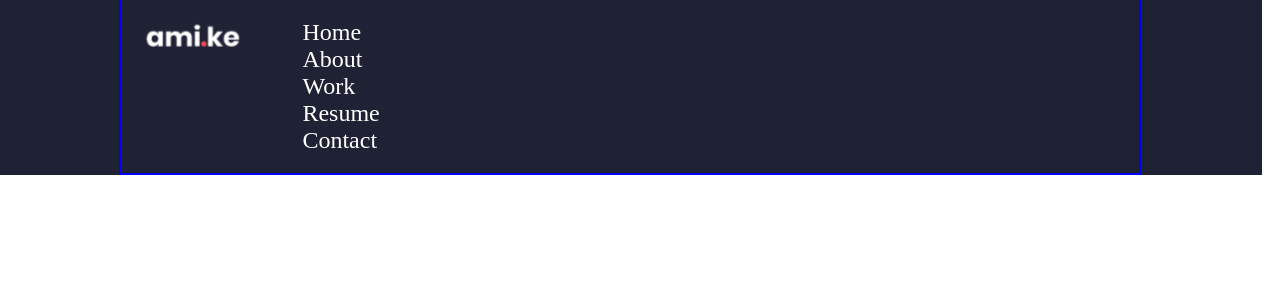
Repository: imokha01/HTML
Page: index.html
The author's editor kept a copy of each file at every save. The page is drawn from the files as they stood at one save, then again after a run of saves.
The browser window is 1280 px wide. The pictures show the whole page.

Above is the page before, as saved 2023-11-18 13:34:25.

After the next 2 saves:
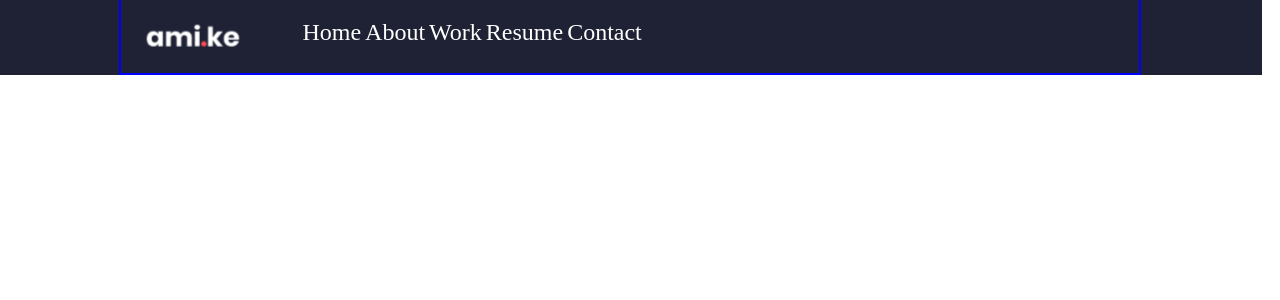
The 2 saves are shown as one change because they came seconds apart.
The last was saved 6 s later.
--- a/index.css
+++ b/index.css
@@ -29,7 +29,7 @@
 li {
     list-style-type: none;
     font-size: 24px;
-    display: ;
+    display: inline;
     /* justify-content: flex-end;
     align-items: center; */
 }

After the 2 saves that followed:
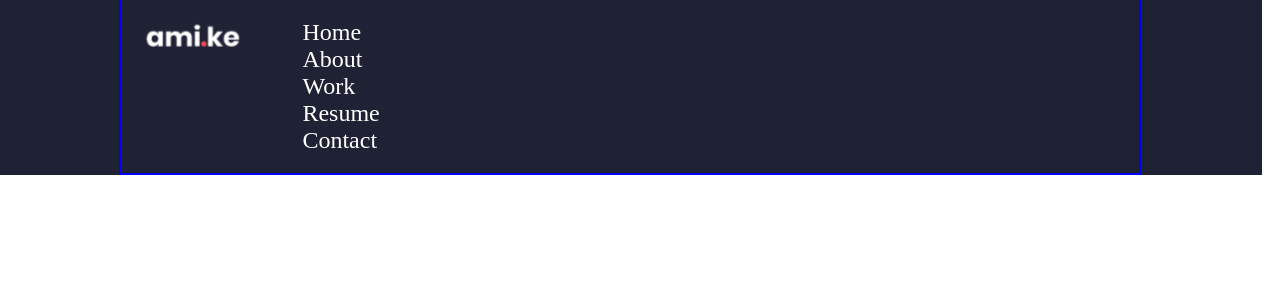
The 2 saves are shown as one change because they came seconds apart.
The last was saved 7 s later.
--- a/index.css
+++ b/index.css
@@ -29,7 +29,7 @@
 li {
     list-style-type: none;
     font-size: 24px;
-    display: inline;
+    display: fl;
     /* justify-content: flex-end;
     align-items: center; */
 }
